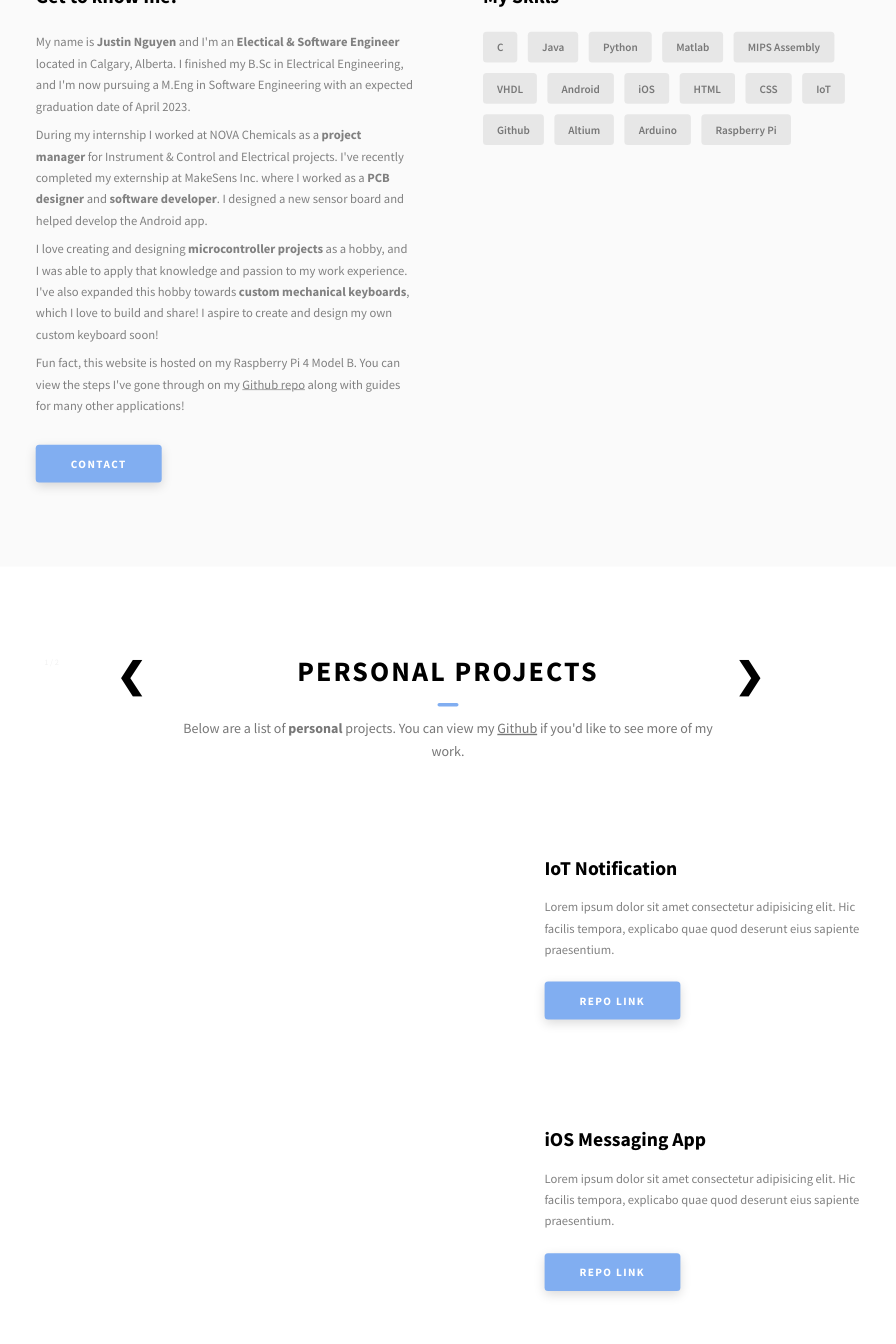
Repository: justinknguyen/Personal-Portfolio
Page: index.html
These files come from the project's save history. The page is drawn as it stood at one moment and after the next save; the edit follows.
The browser window is 1280 px wide. The pictures show the part of the page from y = 1195 to 3115 px (the page is 5564 px tall), at 70% of full size.
The style sheet was rebuilt from its Sass, Less or Tailwind sources for each picture, by a compiler version that may differ from the author's.

Above is the page before, as saved 2022-09-07 23:26:28.

After the next save:
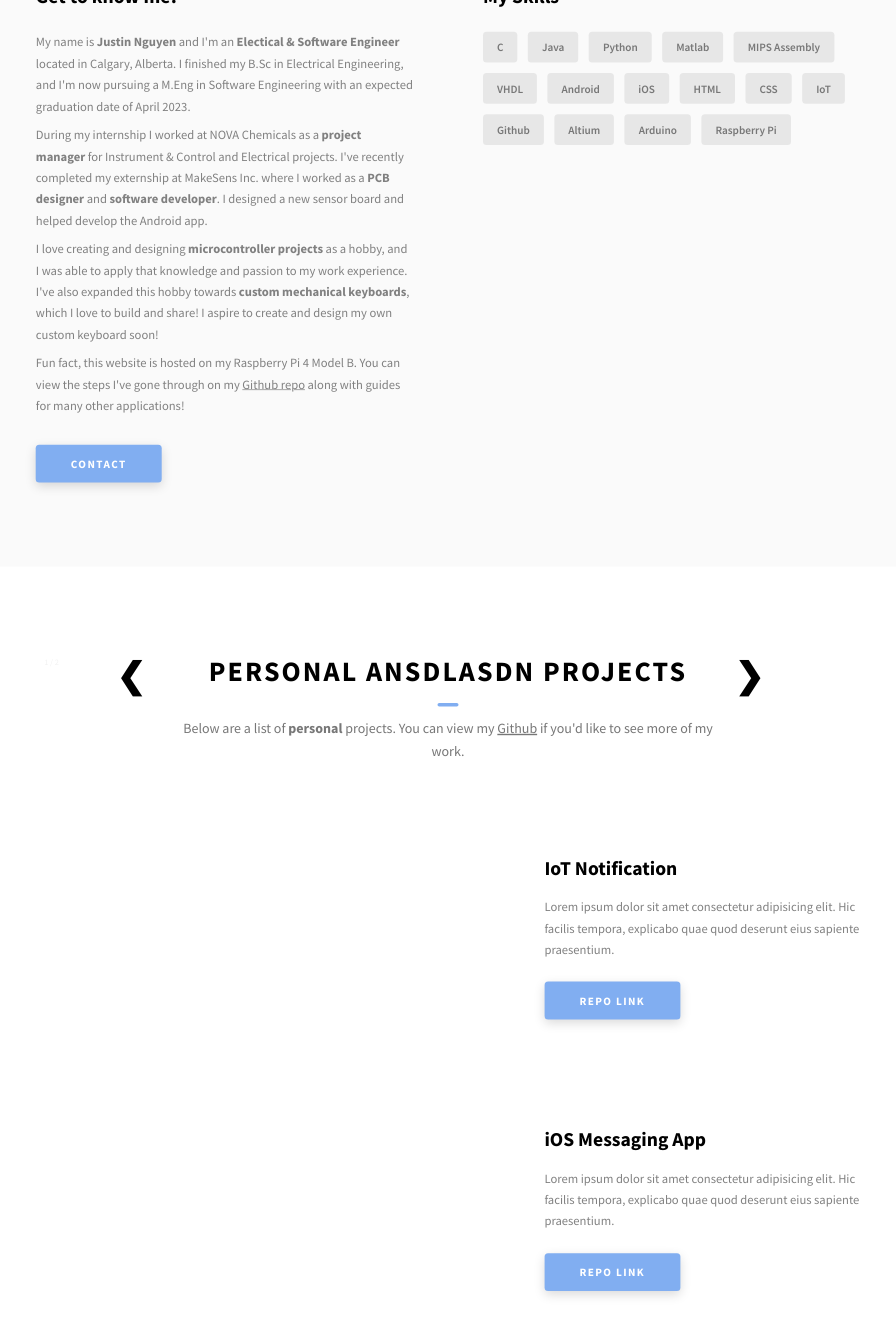
Saved 90 s later.
--- a/index.html
+++ b/index.html
@@ -224,7 +224,7 @@
             <div class="numbertext">1 / 2</div>
 
             <h2 class="heading heading-sec heading-sec__mb-bg">
-              <span class="heading-sec__main">Personal Projects</span>
+              <span class="heading-sec__main">Personal ansdlasdn Projects</span>
               <span class="heading-sec__sub">
                 Below are a list of <strong>personal</strong> projects.
                 You can view my
